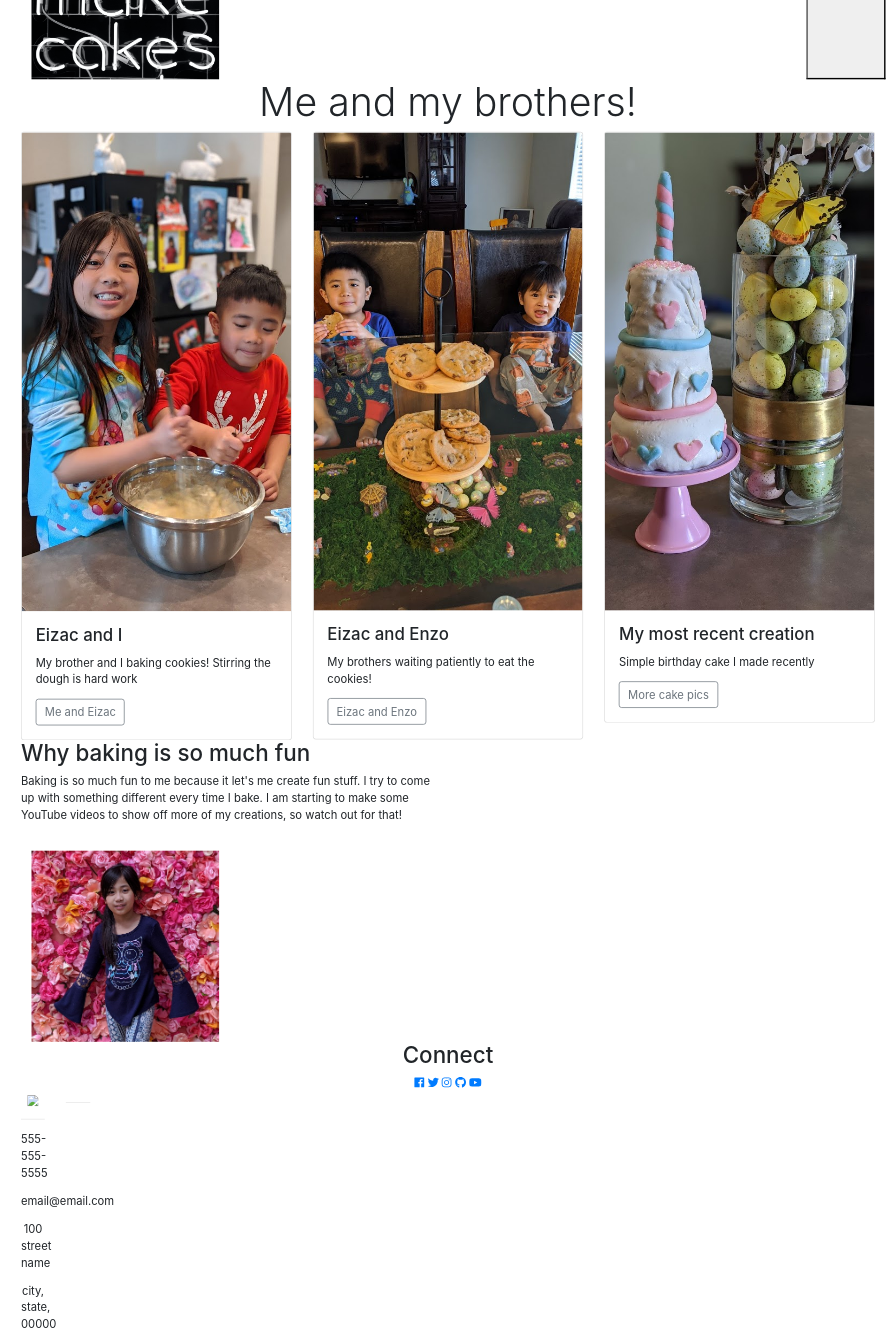
Repository: djzaragoza/Bea-Creation
Page: index.html
The author's editor kept a copy of each file at every save. The page is drawn from the files as they stood at one save, then again after a run of saves.
The browser window is 1280 px wide. The pictures show the part of the page from y = 3445 to 5365 px (the page is 5365 px tall), at 70% of full size.
Some web libraries are served in a nearby version.

Above is the page before, as saved 2020-04-07 22:34:36.

### index.html
<!DOCTYPE html>
<html lang="en">
<head>
    <meta charset="utf-8">
    <meta name="viewport" content="width=device-width, initial-scale=1">
    <title>Bea's Creation</title>
    <link rel="stylesheet" href="https://maxcdn.bootstrapcdn.com/bootstrap/4.0.0/css/bootstrap.min.css">
    <script src="https://ajax.googleapis.com/ajax/libs/jquery/3.3.1/jquery.min.js"></script>
    <script src="https://cdnjs.cloudflare.com/ajax/libs/popper.js/1.12.9/umd/popper.min.js"></script>
    <script src="https://maxcdn.bootstrapcdn.com/bootstrap/4.0.0/js/bootstrap.min.js"></script>
    <script src="https://use.fontawesome.com/releases/v5.0.8/js/all.js"></script>
    <link rel="style.css" rel="stylesheet">
</head>
<body>

<!-- navigation -->
<nav class="navbar navbar-expand-md navbar-light bg-light sticky-top">
<div class="container-fluid">
    <a class="navbar-brand" href="#"><img src="img/bea_logo.png"></a>
    <button class="navbar-toggler" type="button" data-toggle="collapse" data-target="#navbarResponsive">
        <span class="navbar-toggler-icon"></span>
    </button>
    <div class="collapse navbar-collapse" id="navbarResponsive">
        <ul class="navbar-nav ml-auto">
            <li class="nav-item active">
                <a class="nav-link" href="#">Home</a>
            </li>
            <li class="nav-item">
                <a class="nav-link" href="#">Cakes</a>
            </li>
            <li class="nav-item">
                <a class="nav-link" href="#">Cupcakes</a>
            </li>
            <li class="nav-item">
                <a class="nav-link" href="#">Cookies</a>
            </li>
        </ul>
    </div>

</div>


</nav>


<!-- image slider -->
<div id="slides" class="carousel slide" data-ride="carousel">
    <ul class="carousel-indicators">
        <li data-target="#slides" data-slide-to="0" class="active"></li>
        <li data-target="#slides" data-slide-to="1">
        <li data-target="#slides" data-slide-to="2">
    </ul>
    <div class="carousel-inner">
        <div class="carousel-item active">
            <img src="img/bea_cover_photo.jpg">
            <div class="carousel-caption">
                <h1 class="display-2">Hello! Nice to meet you!</h1>
                <h3>I'm Bea!</h3>
                <button type="button" class="btn btn-outline-light btn-lg">About Me!</button>
                <button type="button" class="btn btn-primary btn-lg">Click Me!</button>
            </div>
        </div>
        <div class="carousel-item">
            <img src="img/bea_home_cookies.jpg">
        </div>
        <div class="carousel-item">
            <img src="img/bea_home_cupcakes.jpg">
        </div>
    </div>
</div>


<!-- jumbotron -->
<div class="container-fluid">
    <div class="row jumbotron">
        <div class="column-xs-12 col-sm-12 col-md-9 col-lg-9 col-xl-10">
            <p class="lead">Welcome to my page!  My daddy made it for me because he thinks I should show off all of the things I bake.  Check out his own website      ----------------------- > </p>
        </div>
        <div class="col-xs-12 col-sm-12 col-md-3 col-lg-3 col-xl-2">
            <a href="https://www.djzaragoza.dev" target="_blank"><button type="button" class="btn btn-outline-secondary btn-lg">My Daddy's page</button></a>
        </div>

    </div>
</div>

<!-- welcome section -->

<div class="container-fluid padding">
<div class="row welcome text-center">
    <div class="col-12">
        <h1 class="display-4">Creating yummy stuff is so much fun!</div>
    </div>
    <hr>
    <div class="col-12">
        <p class="lead">Welcome to my own site!  I love baking all kinds of cakes, cookies and cupcakes for my family.</p>
    </div>
<div>
</div>

<!-- three column section -->
<div class="container-fluid padding">
<div class="row text-center padding">
    <div class="col-xs-12 col-sm-6 col-md-4">
        <img src="img/cake_icon.png">
        <h3>Cakes</h3>
        <p>I love baking cakes because I like decorating and eating them</p>
    </div>
    <div class="col-xs-12 col-sm-6 col-md-4">
        <img src="img/cookie_icon.jpg">
        <h3>Cookies</h3>
        <p>Cookies are so much fun because it is quick to make!</p>
    </div>
    <div class="col-sm-12 col-md-4">
        <img src="img/cupcake_icon.jpg">
        <h3>Cupcakes</h3>
        <p>I enjoy decorating them!</p>
    </div>
</div>
<hr class="my-4">
</div>

<!-- two column section -->

<div class="container-fluid padding">
    <div class="row padding">
        <div class="col-md-12 col-lg-6">
            <h2>What inspires me ...</h2>
            <p>"Most recently, I learned another hobby: baking.  It's so much fun to mix all the ingredients and to see the cake come out nice.  It's so rewarding when the cake comes out great and tastes great."
            </p>
            <br>
            <a href="https://www.icingsmiles.org" target="_blank" class="btn btn-primary">Make a Difference</a>
        <div>
        <div class="col-lg-6">
            <img src="img/family_baking_icon.jpg" class="img-fluid">
        </div>
    </div>
</div>
<hr class="my-4">
<!-- fixed background -->
<figure>
    <div class="fixed-wrap">
        <div id="fixed">
        </div>
    </div>
</figure>


<!-- emoji section -->
<button class="fun" data-toggle="collapse" data-target="#emoji">Click for fun!</button>
<div id="emoji" class="collapse">
    <div class="container-fluid padding">
        <div class="row text-center">
            <div class="col-sm-6 col-md-3">
                <img class="gif" src="img/custard.png">
            </div>
            <div class="col-sm-6 col-md-3">
                <img class="gif" src="img/cake.png">
            </div>
            <div class="col-sm-6 col-md-3">
                <img class="gif" src="img/cupcake.png">
            </div>
            <div class="col-sm-6 col-md-3">
                <img class="gif" src="img/icecream.png">
            </div>
        </div>
    </div>
</div>

<!-- meet the team -->
<div class="container-fluid padding">
<div class="row welcome text-center">
    <div class="col-12">
        <h1 class="display-4">Me and my brothers!</h1>
    </div>
    <hr>
</div>
</div>


<!-- cards -->

<div class="container-fluid padding">
<div class="row padding">
    <div class="col-md-4">
        <div class="card">
            <img class="card-img-top" src="img/brothers_1.jpg">
            <div class="card-body">
                <h4 class="card-title">Eizac and I</h4>
                <p class="card-text">My brother and I baking cookies!  Stirring the dough is hard work</p>
                <a href="#" class="btn btn-outline-secondary">Me and Eizac</a>
            </div>
        </div>
    </div>

    <div class="col-md-4">
        <div class="card">
            <img class="card-img-top" src="img/brothers_2.jpg">
            <div class="card-body">
                <h4 class="card-title">Eizac and Enzo</h4>
                <p class="card-text">My brothers waiting patiently to eat the cookies!</p>
                <a href="#" class="btn btn-outline-secondary">Eizac and Enzo</a>
            </div>
        </div>
    </div>

    <div class="col-md-4">
        <div class="card">
            <img class="card-img-top" src="img/brothers_3.jpg">
            <div class="card-body">
                <h4 class="card-title">My most recent creation</h4>
                <p class="card-text">Simple birthday cake I made recently</p>
                <a href="#" class="btn btn-outline-secondary">More cake pics</a>
            </div>
        </div>
    </div>

</div>
</div>

<!-- two column section -->
<div class="container-fluid padding">
    <div class="row padding">
        <div class="col-md-12 col-lg-6">
            <h2>Why baking is so much fun</h2>
            <p>Baking is so much fun to me because it let's me create fun stuff.  I try to come up with something different every time I bake.  I am starting to make some YouTube videos to show off more of my creations, so watch out for that!
            </p>
            <br>
        <div>
        <div class="col-lg-6">
            <img src="img/bea_solo.jpg" class="img-fluid">
        </div>
    </div>
</div>

<!-- connect -->
<div class="container-fluid padding">
    <div class="row text-center padding">
        <div class="col-12">
            <h2>Connect</h2>
        </div>
        <div class="col-12 social padding">
            <a href="#"><i class="fab fa-facebook"></i></a>
            <a href="#"><i class="fab fa-twitter"></i></a>
            <a href="#"><i class="fab fa-instagram"></i></a>
            <a href="#"><i class="fab fa-github"></i></a>
            <a href="#"><i class="fab fa-youtube"></i></a>
        </div>
    </div>
</div>

<!-- footer -->
<footer>
    <div class="container-fluid padding">
        <div class="row text-center">
            <div class="col-md-4">
                <img src="#">
                <hr class="light">
                <p>555-555-5555</p>
                <p>email@email.com</p>
                <p>100 street name</p>
                <p>city, state, 00000</p>
            </div>
            <div class="col-md-4">
                <hr class="light">
                <h5>
        </div>
    </div>
</footer>




</body>



</html>

After the next 2 saves:
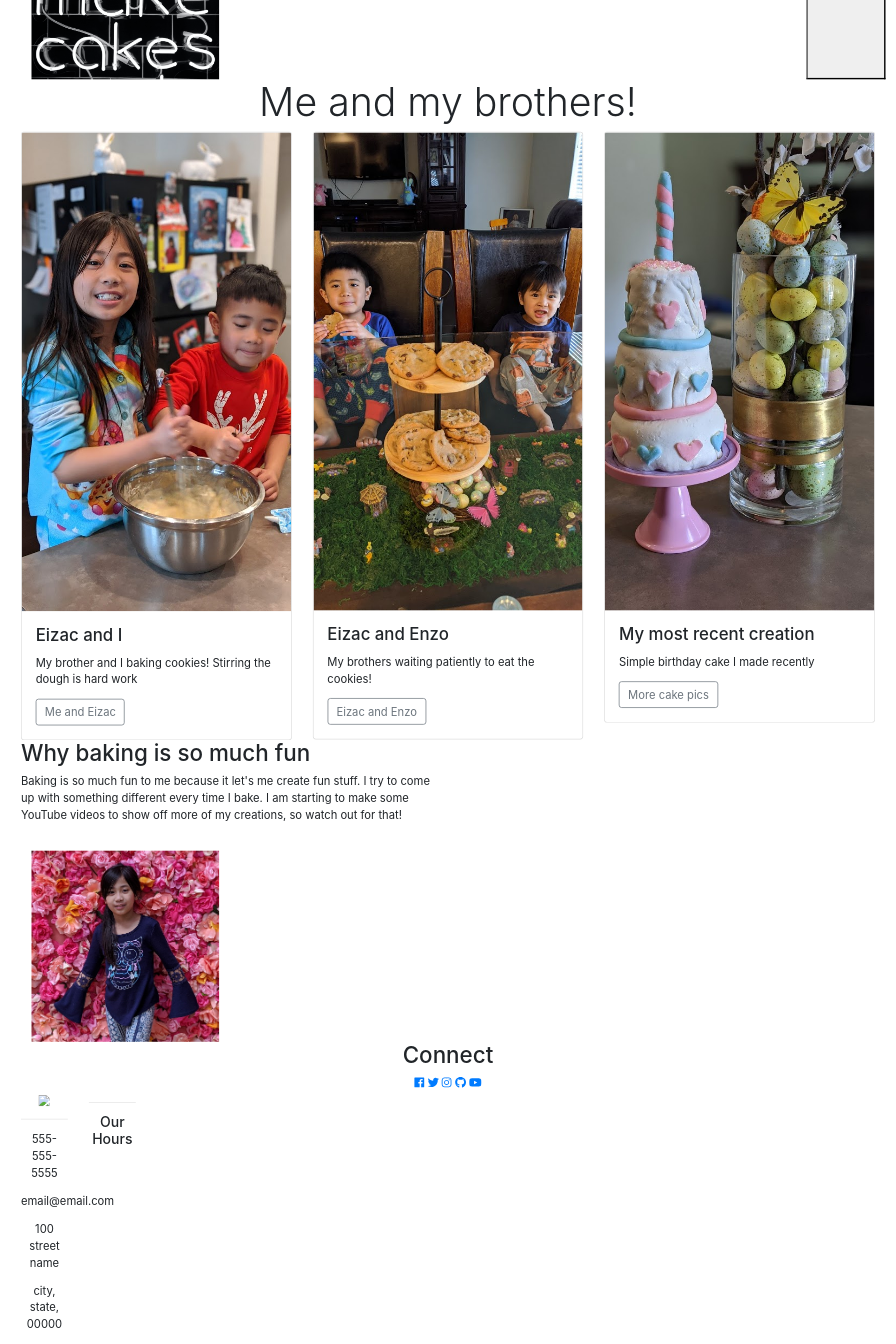
The 2 saves are shown as one change because they came seconds apart.
The last was saved 27 s later.
--- a/index.html
+++ b/index.html
@@ -262,7 +262,7 @@
             </div>
             <div class="col-md-4">
                 <hr class="light">
-                <h5>
+                <h5>Our Hours</h5>
         </div>
     </div>
 </footer>
